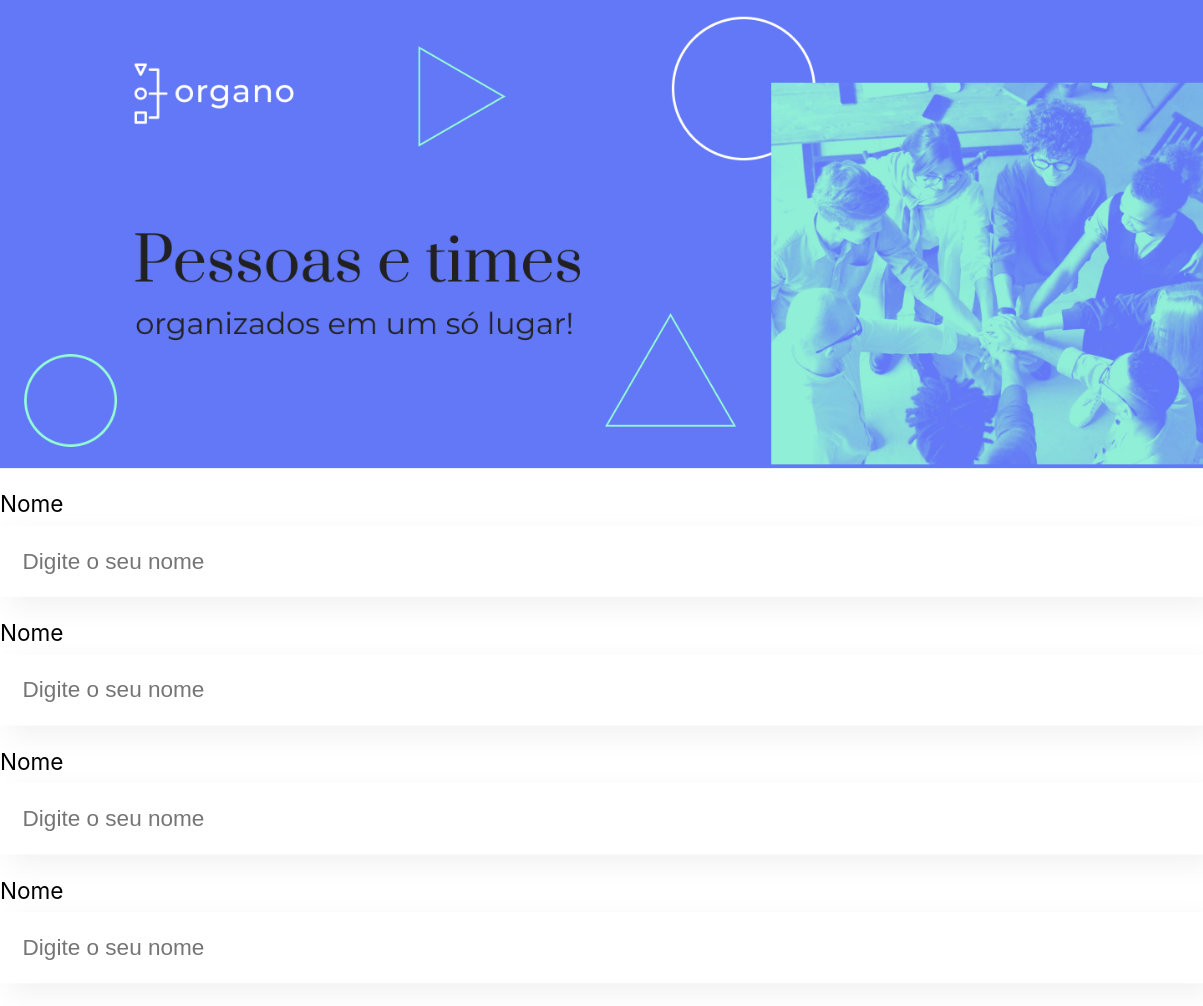
Repository: devMuriloOliveira/organo
Page: /
These files come from the project's save history. The page is drawn as it stood at one moment and after the next save; the edit follows.
The browser window is 1280 px wide. The pictures show the whole page, at 94% of full size.
The project was rebuilt for these pictures with package versions that can differ from the ones it lists, and the page was loaded fresh each time.

Above is the page before, as saved 2023-01-10 18:32:00.

After the next save:
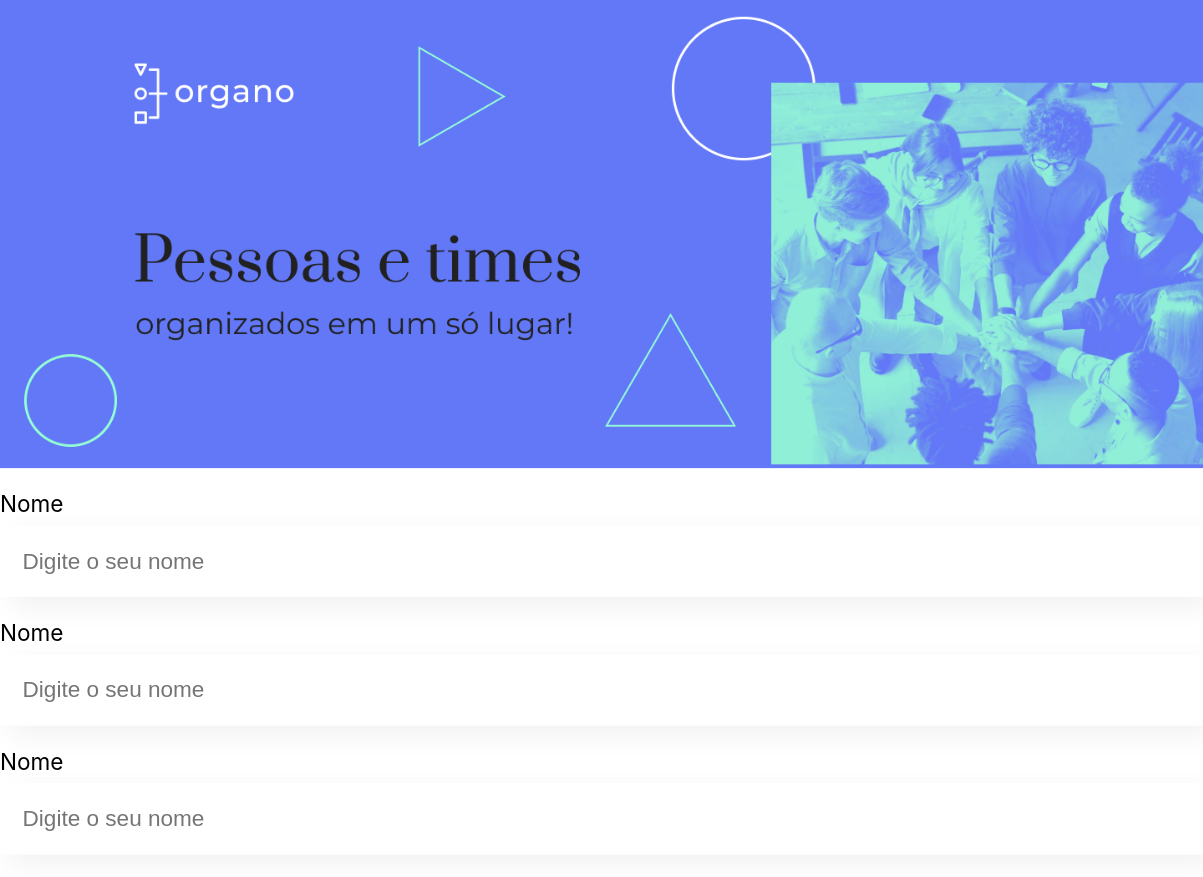
Saved 57 s later.
--- a/src/App.js
+++ b/src/App.js
@@ -9,7 +9,7 @@ function App() {
       <CampoTexto label="Nome"/>
       <CampoTexto label="Cargo"/>
       <CampoTexto label="Imagem"/>
-      <CampoTexto label="Time"/>
+
 
     </div>
   )
